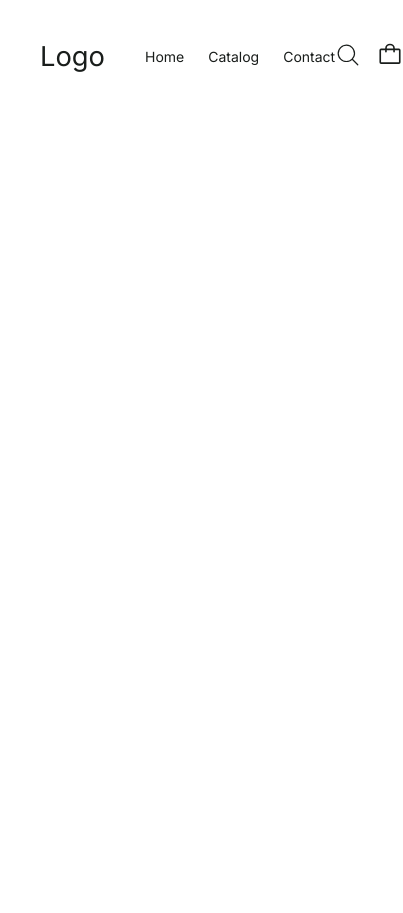
Repository: David-Waite/ecommercefrontendTemplate
Page: /
An editor plug-in stored every save of this project. The page is shown before and after the next save, followed by the edit.
The browser window is 375 px wide. The page is 403 px wide, then 395 px, so the pictures cover 403 px, including what lies to the right of the window. The pictures show the whole page.
The project was rebuilt for these pictures with package versions that can differ from the ones it lists, and the page was loaded fresh each time. The framework's server and built-in components were replaced by stand-ins that run in the browser. Also part of the build but not shown: next.config.js.

Above is the page before, as saved 2023-08-24 17:38:03.

After the next save:
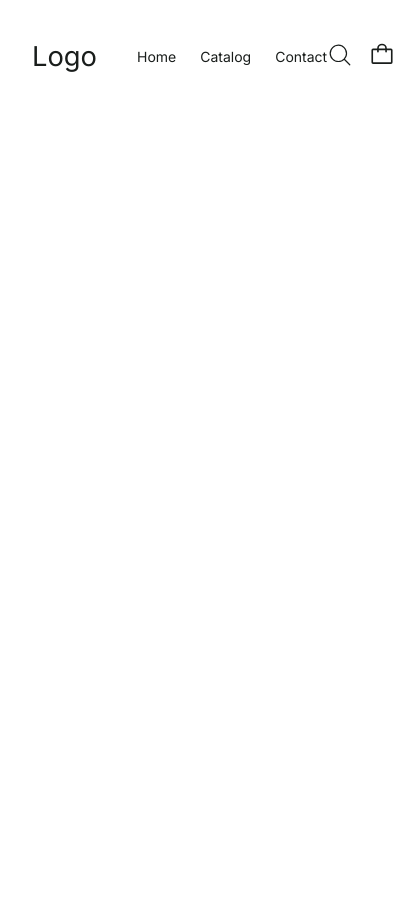
Saved 94 s later.
--- a/app/Components/Nav/Nav.module.css
+++ b/app/Components/Nav/Nav.module.css
@@ -35,3 +35,14 @@
 .logo {
   font-size: var(--fontPlus2);
 }
+
+@media (max-width: 768px) {
+  .nav {
+    padding: 40px 32px;
+  }
+}
+@media (max-width: 425px) {
+  .link {
+    font-size: 16px;
+  }
+}
